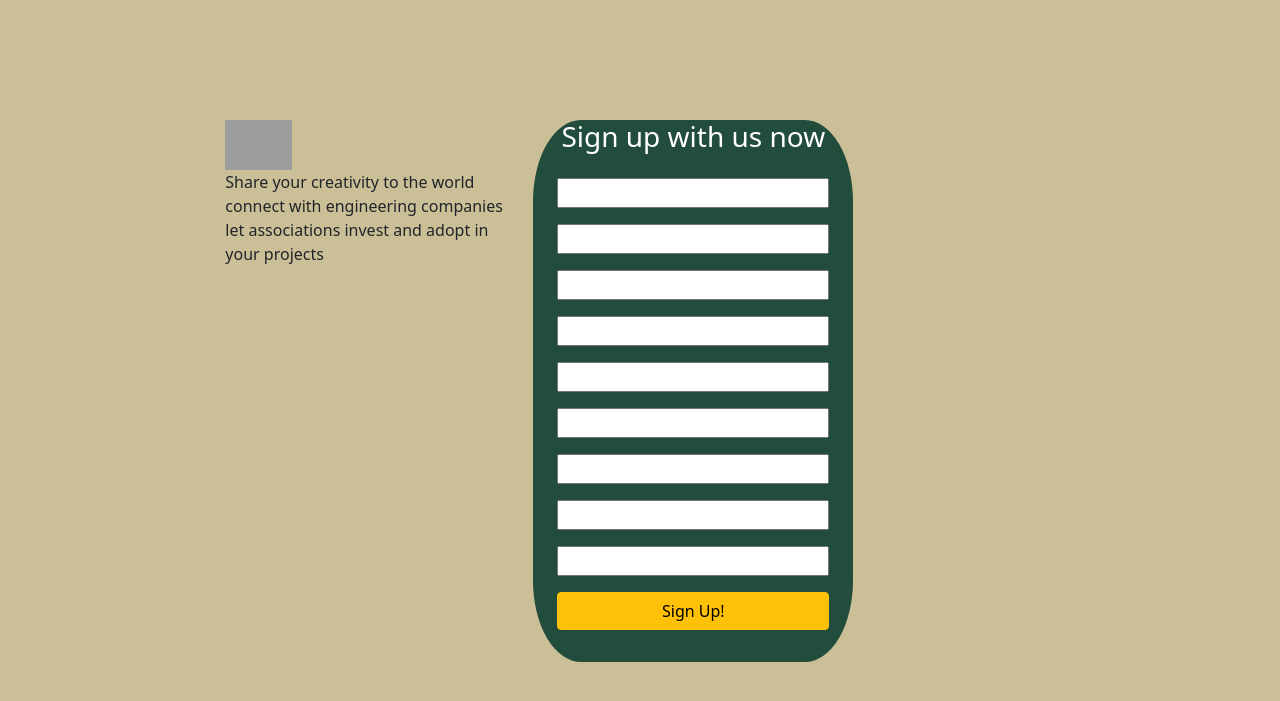
Repository: ahmadjamal-1997/Project-Taqadam
Page: http://localhost/Taqadam/WEB-INF/registrationstudent.jsp
The author's editor kept a copy of each file at every save. The page is drawn from the files as they stood at one save, then again after the next save.
The browser window is 1280 px wide. The pictures show the whole page.
Pictures or frames that could not be fetched are drawn as grey boxes. The page is served by Tomcat 9. Nobody is signed in. The template is opened directly, without the code that normally fills it, so the values that code supplies are empty.

Above is the page before, as saved 2022-03-31 08:04:43.

After the next save:
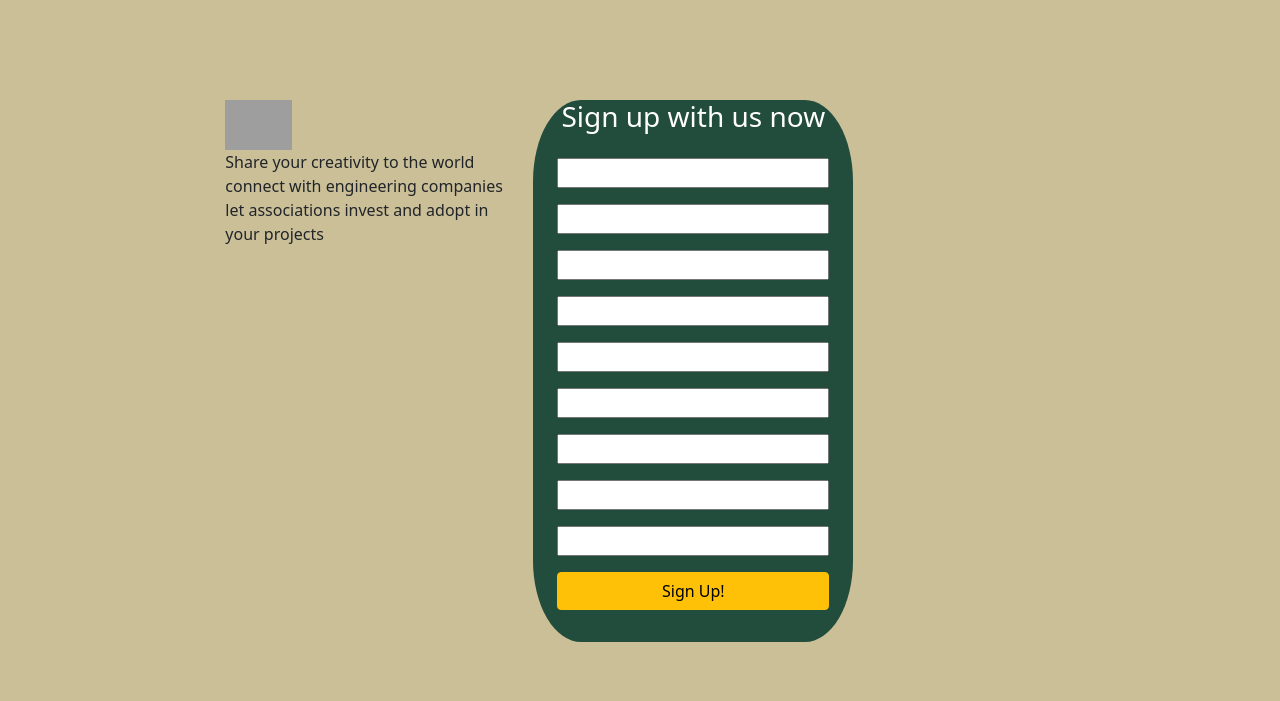
Saved 49 s later.
--- a/Taqadam-new/Taqadam-java/Taqadam-new/Taqadam/src/main/webapp/WEB-INF/registrationstudent.jsp
+++ b/Taqadam-new/Taqadam-java/Taqadam-new/Taqadam/src/main/webapp/WEB-INF/registrationstudent.jsp
@@ -26,7 +26,7 @@
 <body>
    <body style="background-color: #cbbf98;">
     <div class="container-fluid" >
-        <div class="row" style="height: 120px;">
+        <div class="row" style="height: 100px;">
         </div>
         <div class="row">
             <div class="col-2"></div>
